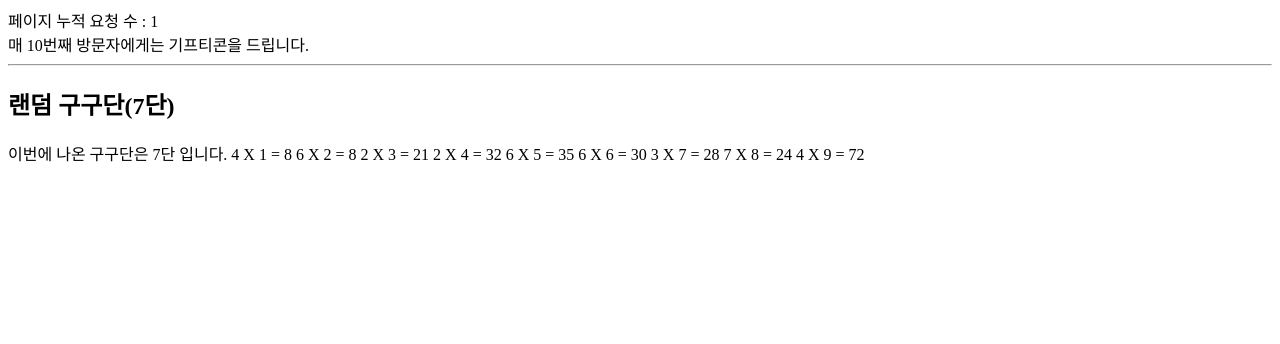
Repository: Andante8989/jsp_practice
Page: http://localhost/JSPBasic/jsptag/tag_quiz02.jsp
These files come from the project's save history. The page is drawn as it stood at one moment and after the next save; the edit follows.
The browser window is 1280 px wide. The pictures show the whole page.
The page is served by Tomcat 9.

Above is the page before, as saved 2022-03-23 10:17:05.

### JSPBasic/src/main/webapp/jsptag/tag_quiz02.jsp
<%@ page language="java" contentType="text/html; charset=UTF-8"
    pageEncoding="UTF-8"%>
<!DOCTYPE html>
<html>
<head>
<meta charset="UTF-8">
<title>Insert title here</title>
</head>
<body>
<%!
 int total = 0;
 String str;
%>
<%
 total++;

%>
페이지 누적 요청 수 : <%= total %> <br/>
매 10번째 방문자에게는 기프티콘을 드립니다. <br/>
<% if (total % 10 == 0) { %>
    "당첨되셨습니다"
<%}%>
<hr/>
<%!
 int randomNum() {
	return (int)((Math.random() * 7) + 2);
}
%>
<h2>랜덤 구구단(<%= randomNum()%>단)</h2>
이번에 나온 구구단은 <%= randomNum()%>단 입니다.

<% for(int i = 1; i < 10; i++) { %>
	<%=randomNum() %> X <%= i %> = <%= randomNum() * i %>
<% } %>

</body>
</html>

After the next save:
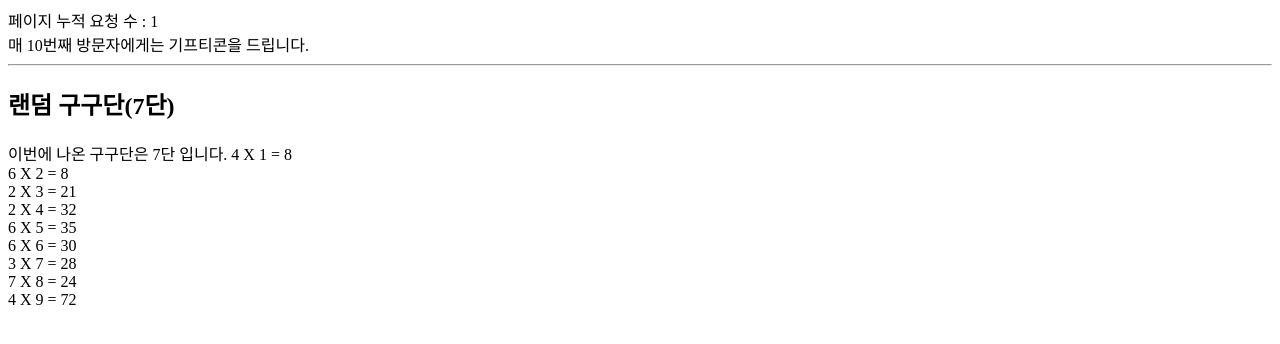
Saved 13 s later.
--- a/JSPBasic/src/main/webapp/jsptag/tag_quiz02.jsp
+++ b/JSPBasic/src/main/webapp/jsptag/tag_quiz02.jsp
@@ -30,7 +30,7 @@
 이번에 나온 구구단은 <%= randomNum()%>단 입니다.
 
 <% for(int i = 1; i < 10; i++) { %>
-	<%=randomNum() %> X <%= i %> = <%= randomNum() * i %>
+	<%=randomNum() %> X <%= i %> = <%= randomNum() * i %><br/>
 <% } %>
 
 </body>
